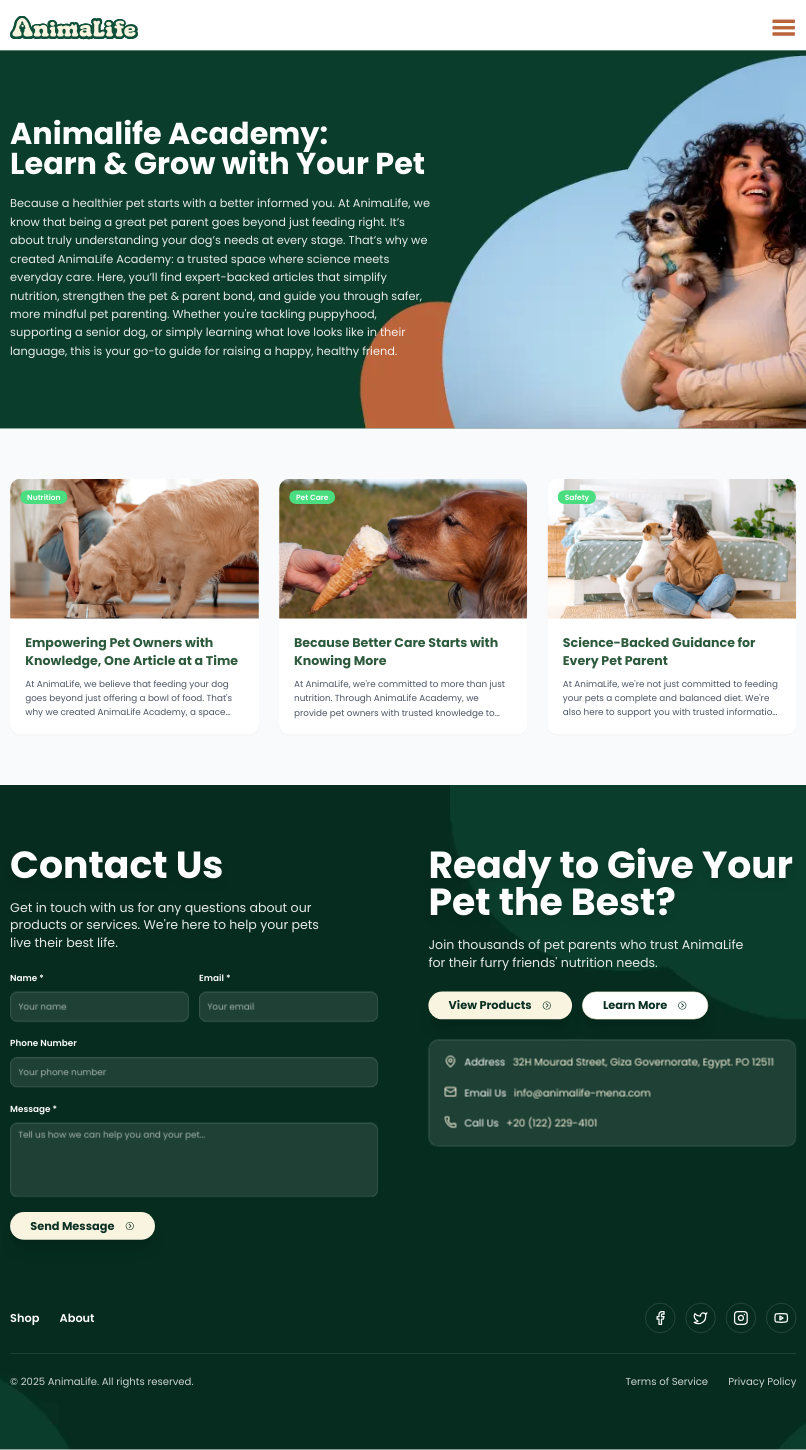
Repository: the-jupiteragency/animalife
Page: /academy
An editor plug-in stored every save of this project. The page is shown before and after the next save, followed by the edit.
The browser window is 1280 px wide. The pictures show the whole page, at 63% of full size.
The project was rebuilt for these pictures with package versions that can differ from the ones it lists, and the page was loaded fresh each time. The framework's server and built-in components were replaced by stand-ins that run in the browser. Also part of the build but not shown: next.config.mjs.

Above is the page before, as saved 2025-08-05 09:32:51.

### app/layout.tsx
import type { Metadata, Viewport } from "next";
import "./globals.css";
import { Header } from "@/components/header";
import { Footer } from "@/components/footer";
import Script from "next/script";

export const metadata: Metadata = {
  metadataBase: new URL('https://animalife.vercel.app'),
  title: {
    default: "AnimaLife | Science-Driven Pet Nutrition & Wellness",
    template: "%s | AnimaLife"
  },
  description:
    "AnimaLife offers science-driven, complete, and balanced nutrition for pets. Discover products tailored to your pet's unique needs, expert advice, and a passionate community of animal lovers.",
  keywords: [
    "AnimaLife",
    "pet nutrition",
    "dog food",
    "cat food",
    "science-based pet care",
    "pet wellness",
    "healthy pets",
    "animal health",
    "pet products",
    "pet academy",
    "pet community",
    "premium pet food",
    "natural pet nutrition",
    "pet health supplements"
  ],
  authors: [{ name: "AnimaLife Team", url: "https://animalife.vercel.app" }],
  creator: "AnimaLife",
  publisher: "AnimaLife",
  formatDetection: {
    email: false,
    address: false,
    telephone: false,
  },
  category: 'Pet Care',
  classification: 'Pet Nutrition and Wellness',
  openGraph: {
    title: "AnimaLife | Science-Driven Pet Nutrition & Wellness",
    description:
      "AnimaLife offers science-driven, complete, and balanced nutrition for pets. Discover products tailored to your pet's unique needs, expert advice, and a passionate community of animal lovers.",
    url: "https://animalife.vercel.app",
    siteName: "AnimaLife",
    images: [
      {
        url: "/hero1.webp",
        width: 1200,
        height: 630,
        alt: "AnimaLife - Science-Driven Pet Nutrition",
      },
    ],
    locale: "en_US",
    type: "website",
  },
  twitter: {
    card: 'summary_large_image',
    title: 'AnimaLife | Science-Driven Pet Nutrition & Wellness',
    description: 'AnimaLife offers science-driven, complete, and balanced nutrition for pets. Discover products tailored to your pet\'s unique needs.',
    images: ['/hero1.webp'],
    creator: '@animalife',
    site: '@animalife'
  },
  robots: {
    index: true,
    follow: true,
    googleBot: {
      index: true,
      follow: true,
      'max-video-preview': -1,
      'max-image-preview': 'large',
      'max-snippet': -1,
    },
  },
  icons: {
    icon: [
      { url: '/favicon.ico' },
      { url: '/favicon.png', type: 'image/png' },
    ],
    shortcut: '/favicon.ico',
    apple: [
      { url: '/apple-touch-icon.png' },
      { url: '/apple-touch-icon-72x72.png', sizes: '72x72', type: 'image/png' },
      { url: '/apple-touch-icon-114x114.png', sizes: '114x114', type: 'image/png' },
    ],
  },
  manifest: '/site.webmanifest',
  alternates: {
    canonical: 'https://animalife.vercel.app',
  },
  verification: {
    google: 'your-google-verification-code',
    yandex: 'your-yandex-verification-code',
    yahoo: 'your-yahoo-verification-code',
  },
};

export const viewport: Viewport = {
  themeColor: "#1B4838",
};

const jsonLd = {
  '@context': 'https://schema.org',
  '@type': 'Organization',
  name: 'AnimaLife',
  url: 'https://animalife.vercel.app',
  logo: 'https://animalife.vercel.app/logo.svg',
  description: 'AnimaLife offers science-driven, complete, and balanced nutrition for pets.',
  contactPoint: {
    '@type': 'ContactPoint',
    contactType: 'Customer Service',
    availableLanguage: 'English'
  },
  sameAs: [
    'https://facebook.com/animalife',
    'https://twitter.com/animalife',
    'https://instagram.com/animalife'
  ],
  address: {
    '@type': 'PostalAddress',
    addressCountry: 'EG'
  }
};

export default function RootLayout({
  children,
}: Readonly<{
  children: React.ReactNode;
}>) {
  return (
    <html lang="en">
      <head>
        <link rel="preconnect" href="https://fonts.googleapis.com" />
        <link rel="preconnect" href="https://fonts.gstatic.com" crossOrigin="anonymous" />
        <link rel="dns-prefetch" href="https://fonts.googleapis.com" />
        <meta name="theme-color" content="#1B4838" />
        <meta name="msapplication-TileColor" content="#1B4838" />
        <meta name="apple-mobile-web-app-capable" content="yes" />
        <meta name="apple-mobile-web-app-status-bar-style" content="default" />
        <meta name="format-detection" content="telephone=no" />
        <Script
          id="json-ld"
          type="application/ld+json"
          dangerouslySetInnerHTML={{ __html: JSON.stringify(jsonLd) }}
        />
      </head>
      <body>
        <Header />
        {children}
        <Footer />
      </body>
    </html>
  );
}

### app/academy/page.tsx
"use client";

import { Card, CardContent } from "@/components/ui/card";
import { Badge } from "@/components/ui/badge";
import Image from "next/image";
import Link from "next/link";
import { Header } from "@/components/header";
import { AcademyPosts } from "@/app/data/academy-posts";

// Remove the hardcoded blogPosts array and use:
const blogPosts = AcademyPosts;

export default function AcademyPage() {
  return (
    <div className="min-h-screen bg-white">
      {/* Header */}
      <Header />
      {/* Add top padding to account for fixed header */}
      <div className="pt-20">
        {/* Hero Banner Section */}
        <section className="relative h-[600px] bg-[#2d5a3d] overflow-hidden">
          <div className="absolute inset-0">
            <Image
              src="/academy-banner.webp"
              alt="Academy Banner"
              fill
              className="object-cover w-full h-full"
              priority
            />
          </div>
          <div className="relative z-10 container mx-auto px-4 h-full flex items-center">
            <div className="max-w-2xl">
              <h1 className="text-4xl md:text-5xl font-bold text-white mb-6">
                Animalife Academy:
                <br />
                Learn & Grow with Your Pet
              </h1>
              <p className="text-lg text-white/90 leading-relaxed">
                Because a healthier pet starts with a better informed you. At
                AnimaLife, we know that being a great pet parent goes beyond
                just feeding right. It’s about truly understanding your dog’s
                needs at every stage. That’s why we created AnimaLife Academy: a
                trusted space where science meets everyday care. Here, you’ll
                find expert-backed articles that simplify nutrition, strengthen
                the pet & parent bond, and guide you through safer, more mindful
                pet parenting. Whether you're tackling puppyhood, supporting a
                senior dog, or simply learning what love looks like in their
                language, this is your go-to guide for raising a happy, healthy
                friend.
              </p>
            </div>
          </div>
        </section>

        {/* Blog Posts Grid */}
        <section className="py-12 md:py-20 bg-gray-50">
          <div className="container mx-auto px-4">
            <div className="grid grid-cols-1 md:grid-cols-2 lg:grid-cols-3 gap-6 md:gap-8">
              {blogPosts.map((post) => (
                <Link key={post.id} href={`/academy/${post.id}`}>
                  <Card className="cursor-pointer transform transition-all duration-300 hover:scale-105 hover:shadow-xl bg-white border-0 rounded-2xl overflow-hidden group">
                    <CardContent className="p-0">
                      <div className="aspect-video relative overflow-hidden">
                        <Image
                          src={post.image || "/placeholder.svg"}
                          alt={post.title}
                          fill
                          className="object-cover w-full h-full group-hover:scale-105 transition-all duration-500"
                          sizes="(max-width: 768px) 100vw, (max-width: 1200px) 50vw, 33vw"
                        />
                        <div className="absolute top-4 left-4">
                          <Badge className="bg-[#4ade80] text-white hover:bg-[#22c55e] group-hover:scale-110 transition-transform duration-300">
                            {post.category}
                          </Badge>
                        </div>
                      </div>

                      <div className="p-4 md:p-6">
                        <h3 className="text-lg md:text-xl font-bold text-[#2d5a3d] mb-3 line-clamp-2 group-hover:text-[#1e3a2a] transition-colors duration-300">
                          {post.title}
                        </h3>
                        <p className="text-gray-600 text-sm leading-relaxed line-clamp-3 group-hover:text-gray-700 transition-colors duration-300">
                          {post.excerpt}
                        </p>
                      </div>
                    </CardContent>
                  </Card>
                </Link>
              ))}
            </div>
          </div>
        </section>
      </div>{" "}
      {/* Close pt-20 div */}
    </div>
  );
}

### components/header.tsx
"use client";

import { useState, useEffect } from "react";
import { Menu, X } from "lucide-react";
import { GiHamburgerMenu } from "react-icons/gi";
import { IoMdCloseCircle } from "react-icons/io";
import { Button } from "@/components/ui/button";
import Link from "next/link";
import Image from "next/image";

export function Header() {
  const [isMenuOpen, setIsMenuOpen] = useState(false);
  const [scrolled, setScrolled] = useState(false);

  useEffect(() => {
    const handleScroll = () => {
      setScrolled(window.scrollY > 10);
    };
    window.addEventListener("scroll", handleScroll);
    return () => window.removeEventListener("scroll", handleScroll);
  }, []);

  return (
    <header
      className={`fixed top-0 left-0 right-0 z-50 transition-colors duration-300 ${
        scrolled ? "bg-[#0A3D2C]" : "bg-transparent"
      }`}
    >
      <div className="container mx-auto px-4 py-4 md:py-6 flex items-center justify-between font-mono font-normal text-base bg-transparent text-[rgba(249,244,223,1)] flex-row">
        <Link
          href="/"
          className="text-white text-xl md:text-2xl font-bold hover:text-green-200 transition-colors"
        >
          <Image
            src="/logo.svg"
            alt="AnimaLife"
            width={120}
            height={120}
            priority
            style={{ width: "auto", height: "auto" }}
          />
        </Link>

        <div
          className="transition-all duration-300 hover:scale-110"
          onClick={() => setIsMenuOpen(!isMenuOpen)}
        >
          {isMenuOpen ? (
            <IoMdCloseCircle
              className={`h-10 w-10 ${scrolled ? "text-white" : "text-[#1B4838]"}`}
            />
          ) : (
            <GiHamburgerMenu
              className={`h-10 w-10 ${scrolled ? "text-white" : "md:text-[#BA643B]"}`}
            />
          )}
        </div>
      </div>

      {/* Menu Overlay */}
      {isMenuOpen && (
        <div className="fixed inset-0 z-50 bg-[#2d5a3d]">
          <div className="absolute top-4 right-4">
            <div
              className="text-white transition-all duration-300 hover:scale-110"
              onClick={() => setIsMenuOpen(false)}
            >
              <IoMdCloseCircle className="h-12 w-12" />
            </div>
          </div>

          <div className="flex items-center justify-center min-h-screen">
            <nav className="text-center space-y-8 md:space-y-12">
              <Link
                href="/"
                className="block text-white text-xl md:text-2xl font-medium hover:text-green-200 transition-colors"
                onClick={() => setIsMenuOpen(false)}
              >
                Home
              </Link>
              <Link
                href="/products"
                className="block text-white text-xl md:text-2xl font-medium hover:text-green-200 transition-colors"
                onClick={() => setIsMenuOpen(false)}
              >
                Our Products
              </Link>
              <Link
                href="/about"
                className="block text-white text-xl md:text-2xl font-medium hover:text-green-200 transition-colors"
                onClick={() => setIsMenuOpen(false)}
              >
                Discover AnimaLife
              </Link>
              <Link
                href="/academy"
                className="block text-white text-xl md:text-2xl font-medium hover:text-green-200 transition-colors"
                onClick={() => setIsMenuOpen(false)}
              >
                AnimaLife Academy
              </Link>
            </nav>
          </div>
        </div>
      )}
    </header>
  );
}

### components/ui/card.tsx
import * as React from "react"

import { cn } from "@/lib/utils"

const Card = React.forwardRef<
  HTMLDivElement,
  React.HTMLAttributes<HTMLDivElement>
>(({ className, ...props }, ref) => (
  <div
    ref={ref}
    className={cn(
      "rounded-lg border bg-card text-card-foreground shadow-sm",
      className
    )}
    {...props}
  />
))
Card.displayName = "Card"

const CardHeader = React.forwardRef<
  HTMLDivElement,
  React.HTMLAttributes<HTMLDivElement>
>(({ className, ...props }, ref) => (
  <div
    ref={ref}
    className={cn("flex flex-col space-y-1.5 p-6", className)}
    {...props}
  />
))
CardHeader.displayName = "CardHeader"

const CardTitle = React.forwardRef<
  HTMLDivElement,
  React.HTMLAttributes<HTMLDivElement>
>(({ className, ...props }, ref) => (
  <div
    ref={ref}
    className={cn(
      "text-2xl font-semibold leading-none tracking-tight",
      className
    )}
    {...props}
  />
))
CardTitle.displayName = "CardTitle"

const CardDescription = React.forwardRef<
  HTMLDivElement,
  React.HTMLAttributes<HTMLDivElement>
>(({ className, ...props }, ref) => (
  <div
    ref={ref}
    className={cn("text-sm text-muted-foreground", className)}
    {...props}
  />
))
CardDescription.displayName = "CardDescription"

const CardContent = React.forwardRef<
  HTMLDivElement,
  React.HTMLAttributes<HTMLDivElement>
>(({ className, ...props }, ref) => (
  <div ref={ref} className={cn("p-6 pt-0", className)} {...props} />
))
CardContent.displayName = "CardContent"

const CardFooter = React.forwardRef<
  HTMLDivElement,
  React.HTMLAttributes<HTMLDivElement>
>(({ className, ...props }, ref) => (
  <div
    ref={ref}
    className={cn("flex items-center p-6 pt-0", className)}
    {...props}
  />
))
CardFooter.displayName = "CardFooter"

export { Card, CardHeader, CardFooter, CardTitle, CardDescription, CardContent }

### components/ui/badge.tsx
import * as React from "react"
import { cva, type VariantProps } from "class-variance-authority"

import { cn } from "@/lib/utils"

const badgeVariants = cva(
  "inline-flex items-center rounded-full border px-2.5 py-0.5 text-xs font-semibold transition-colors focus:outline-none focus:ring-2 focus:ring-ring focus:ring-offset-2",
  {
    variants: {
      variant: {
        default:
          "border-transparent bg-primary text-primary-foreground hover:bg-primary/80",
        secondary:
          "border-transparent bg-secondary text-secondary-foreground hover:bg-secondary/80",
        destructive:
          "border-transparent bg-destructive text-destructive-foreground hover:bg-destructive/80",
        outline: "text-foreground",
      },
    },
    defaultVariants: {
      variant: "default",
    },
  }
)

export interface BadgeProps
  extends React.HTMLAttributes<HTMLDivElement>,
    VariantProps<typeof badgeVariants> {}

function Badge({ className, variant, ...props }: BadgeProps) {
  return (
    <div className={cn(badgeVariants({ variant }), className)} {...props} />
  )
}

export { Badge, badgeVariants }

### components/ui/button.tsx
import * as React from "react";
import { Slot } from "@radix-ui/react-slot";
import { cva, type VariantProps } from "class-variance-authority";

import { cn } from "@/lib/utils";

const buttonVariants = cva(
  "inline-flex items-center justify-center gap-2 whitespace-nowrap rounded-md text-sm font-medium ring-offset-background transition-colors focus-visible:outline-none focus-visible:ring-2 focus-visible:ring-ring focus-visible:ring-offset-2 disabled:pointer-events-none disabled:opacity-50 [&_svg]:pointer-events-none [&_svg]:size-4 [&_svg]:shrink-0",
  {
    variants: {
      variant: {
        default: "bg-primary text-primary-foreground hover:bg-primary/90",
        destructive:
          "bg-destructive text-destructive-foreground hover:bg-destructive/90",
        outline:
          "border border-input bg-background hover:bg-accent hover:text-accent-foreground",
        secondary:
          "bg-secondary text-secondary-foreground hover:bg-secondary/80",
        ghost: "hover:bg-accent hover:text-accent-foreground",
        link: "text-primary underline-offset-4 hover:underline",
        icon: "bg-transparent",
        hover:
          "bg-[#F9F4DF] text-[#0A3024] hover:bg-[#A7552E] hover:text-white",
      },
      size: {
        default: "h-10 px-4 py-2",
        sm: "h-9 rounded-md px-3",
        lg: "h-11 rounded-md px-8",
        icon: "h-10 w-10",
      },
    },
    defaultVariants: {
      variant: "default",
      size: "default",
    },
  }
);

export interface ButtonProps
  extends React.ButtonHTMLAttributes<HTMLButtonElement>,
    VariantProps<typeof buttonVariants> {
  asChild?: boolean;
}

const Button = React.forwardRef<HTMLButtonElement, ButtonProps>(
  ({ className, variant, size, asChild = false, ...props }, ref) => {
    const Comp = asChild ? Slot : "button";
    return (
      <Comp
        className={cn(buttonVariants({ variant, size, className }))}
        ref={ref}
        {...props}
      />
    );
  }
);
Button.displayName = "Button";

export { Button, buttonVariants };

### components/ui/input.tsx
import * as React from "react"

import { cn } from "@/lib/utils"

const Input = React.forwardRef<HTMLInputElement, React.ComponentProps<"input">>(
  ({ className, type, ...props }, ref) => {
    return (
      <input
        type={type}
        className={cn(
          "flex h-10 w-full rounded-md border border-input bg-background px-3 py-2 text-base ring-offset-background file:border-0 file:bg-transparent file:text-sm file:font-medium file:text-foreground placeholder:text-muted-foreground focus-visible:outline-none focus-visible:ring-2 focus-visible:ring-ring focus-visible:ring-offset-2 disabled:cursor-not-allowed disabled:opacity-50 md:text-sm",
          className
        )}
        ref={ref}
        {...props}
      />
    )
  }
)
Input.displayName = "Input"

export { Input }

### tailwind.config.ts
import type { Config } from "tailwindcss";

const config: Config = {
  darkMode: ["class"],
  content: [
    "./pages/**/*.{js,ts,jsx,tsx,mdx}",
    "./components/**/*.{js,ts,jsx,tsx,mdx}",
    "./app/**/*.{js,ts,jsx,tsx,mdx}",
    "*.{js,ts,jsx,tsx,mdx}",
  ],
  theme: {
    extend: {
      colors: {
        background: "hsl(var(--background))",
        foreground: "hsl(var(--foreground))",
        card: {
          DEFAULT: "hsl(var(--card))",
          foreground: "hsl(var(--card-foreground))",
        },
        popover: {
          DEFAULT: "hsl(var(--popover))",
          foreground: "hsl(var(--popover-foreground))",
        },
        primary: {
          DEFAULT: "hsl(var(--primary))",
          foreground: "hsl(var(--primary-foreground))",
        },
        secondary: {
          DEFAULT: "hsl(var(--secondary))",
          foreground: "hsl(var(--secondary-foreground))",
        },
        muted: {
          DEFAULT: "hsl(var(--muted))",
          foreground: "hsl(var(--muted-foreground))",
        },
        accent: {
          DEFAULT: "hsl(var(--accent))",
          foreground: "hsl(var(--accent-foreground))",
        },
        destructive: {
          DEFAULT: "hsl(var(--destructive))",
          foreground: "hsl(var(--destructive-foreground))",
        },
        border: "hsl(var(--border))",
        input: "hsl(var(--input))",
        ring: "hsl(var(--ring))",
        chart: {
          "1": "hsl(var(--chart-1))",
          "2": "hsl(var(--chart-2))",
          "3": "hsl(var(--chart-3))",
          "4": "hsl(var(--chart-4))",
          "5": "hsl(var(--chart-5))",
        },
        sidebar: {
          DEFAULT: "hsl(var(--sidebar-background))",
          foreground: "hsl(var(--sidebar-foreground))",
          primary: "hsl(var(--sidebar-primary))",
          "primary-foreground": "hsl(var(--sidebar-primary-foreground))",
          accent: "hsl(var(--sidebar-accent))",
          "accent-foreground": "hsl(var(--sidebar-accent-foreground))",
          border: "hsl(var(--sidebar-border))",
          ring: "hsl(var(--sidebar-ring))",
        },
      },
      borderRadius: {
        lg: "var(--radius)",
        md: "calc(var(--radius) - 2px)",
        sm: "calc(var(--radius) - 4px)",
      },
      fontFamily: {
        sans: [
          'Poppins',
          '-apple-system',
          'BlinkMacSystemFont',
          'Segoe UI',
          'Roboto',
          'Oxygen',
          'Ubuntu',
          'Cantarell',
          'Fira Sans',
          'Droid Sans',
          'Helvetica Neue',
          'sans-serif'
        ],
        headline: [
          'Co Headline',
          'Poppins',
          '-apple-system',
          'BlinkMacSystemFont',
          'Segoe UI',
          'sans-serif'
        ],
      },
      keyframes: {
        "accordion-down": {
          from: {
            height: "0",
          },
          to: {
            height: "var(--radix-accordion-content-height)",
          },
        },
        "accordion-up": {
          from: {
            height: "var(--radix-accordion-content-height)",
          },
          to: {
            height: "0",
          },
        },
      },
      animation: {
        "accordion-down": "accordion-down 0.2s ease-out",
        "accordion-up": "accordion-up 0.2s ease-out",
      },
    },
  },
  plugins: [require("tailwindcss-animate")],
};
export default config;

Loaded but not shown: components/ui/textarea.tsx (common file); lib/utils.ts (common file); components/footer.tsx (439 lines, source omitted); app/data/academy-posts.ts (242 lines, source omitted); app/globals.css (185 lines, source omitted)

After the next save:
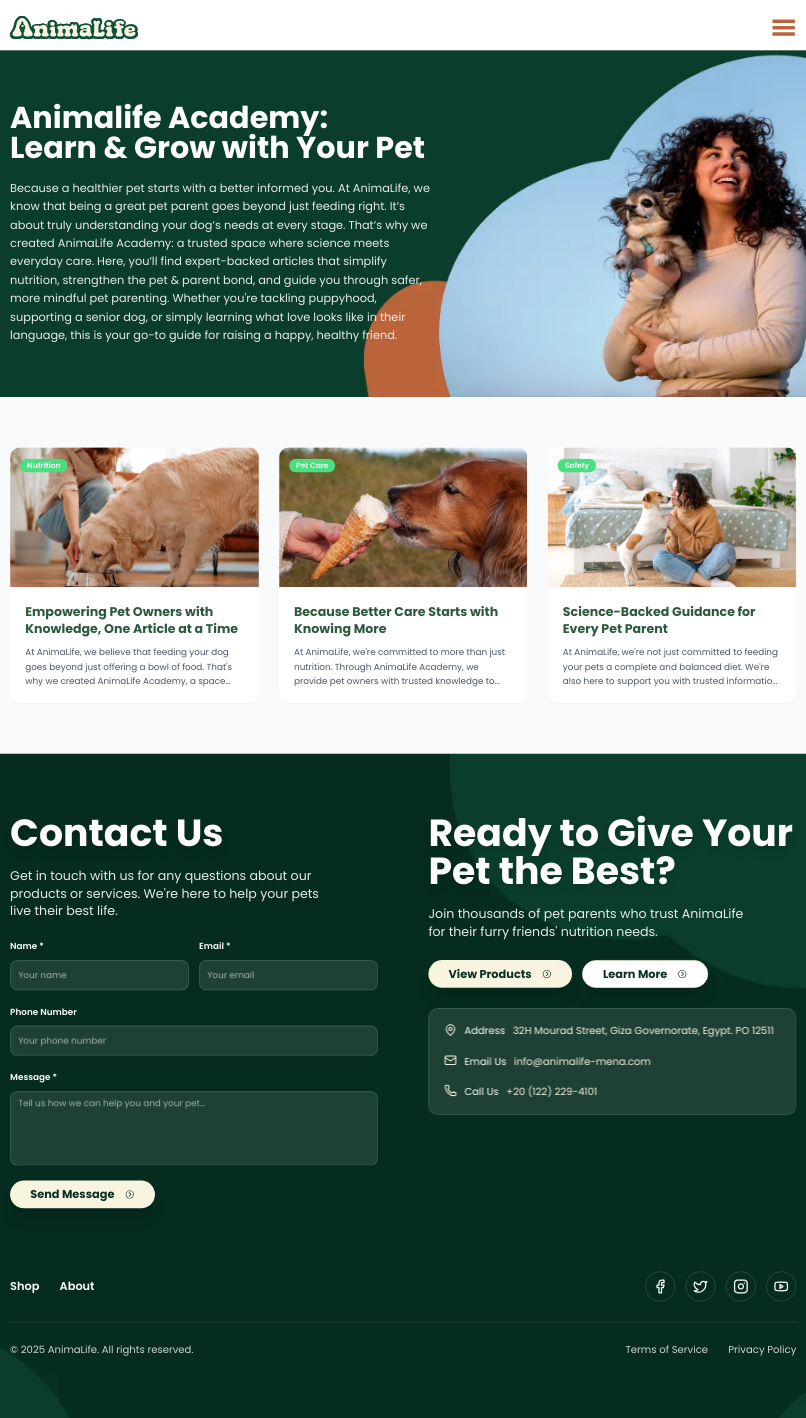
Saved 10 s later.
--- a/app/academy/page.tsx
+++ b/app/academy/page.tsx
@@ -18,7 +18,7 @@
       {/* Add top padding to account for fixed header */}
       <div className="pt-20">
         {/* Hero Banner Section */}
-        <section className="relative h-[600px] bg-[#2d5a3d] overflow-hidden">
+        <section className="relative h-[550px] bg-[#2d5a3d] overflow-hidden">
           <div className="absolute inset-0">
             <Image
               src="/academy-banner.webp"
